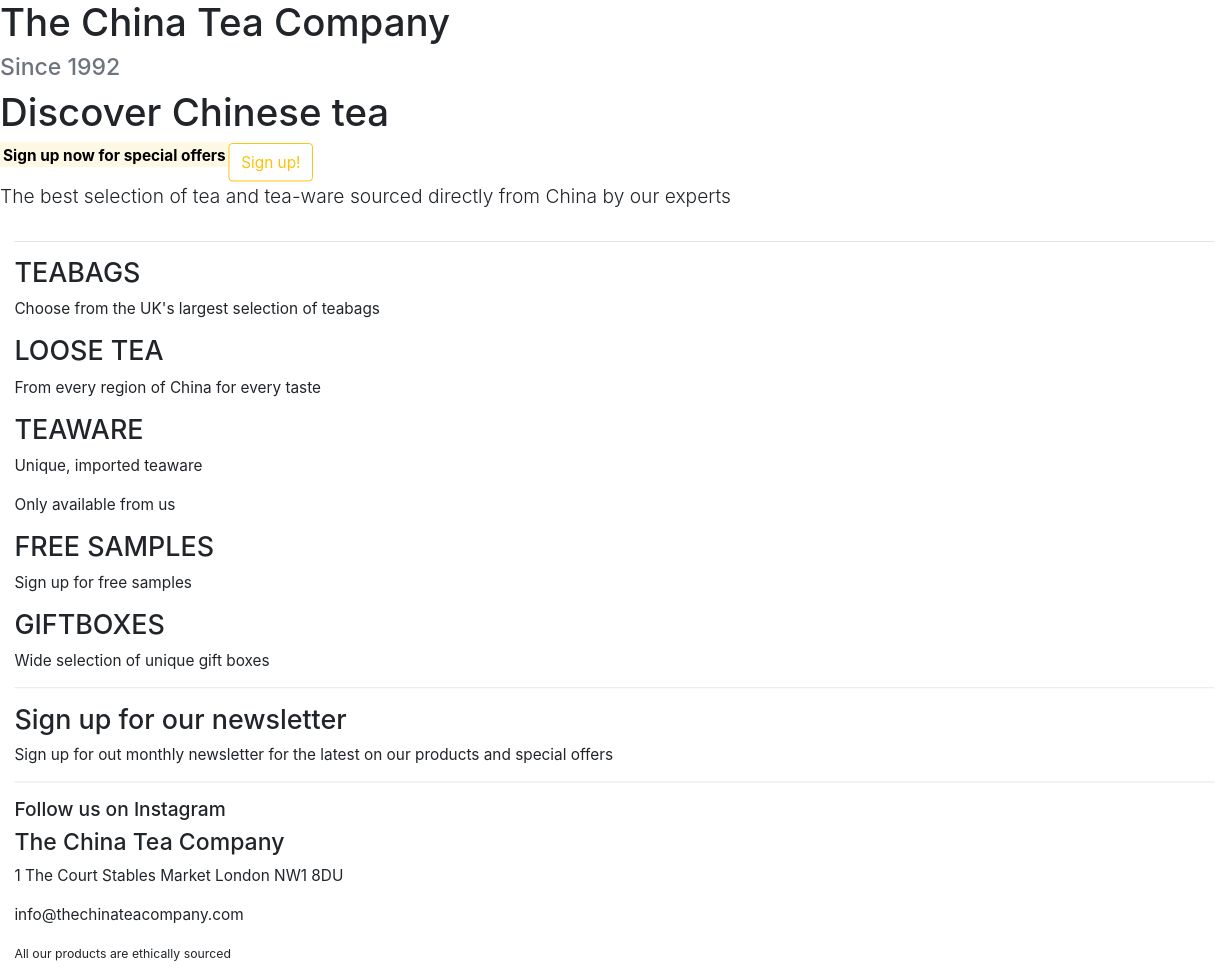
Repository: Code-Institute-Submissions/china-tea
Page: index.html
The author's editor kept a record of every edit. The page is drawn from the files as they stood at one moment, then again after the next edit.
The browser window is 1280 px wide. The pictures show the whole page, at 96% of full size.

Above is the page before.
Console error: TypeError: Cannot read properties of undefined (reading 'fn')

After the next edit:
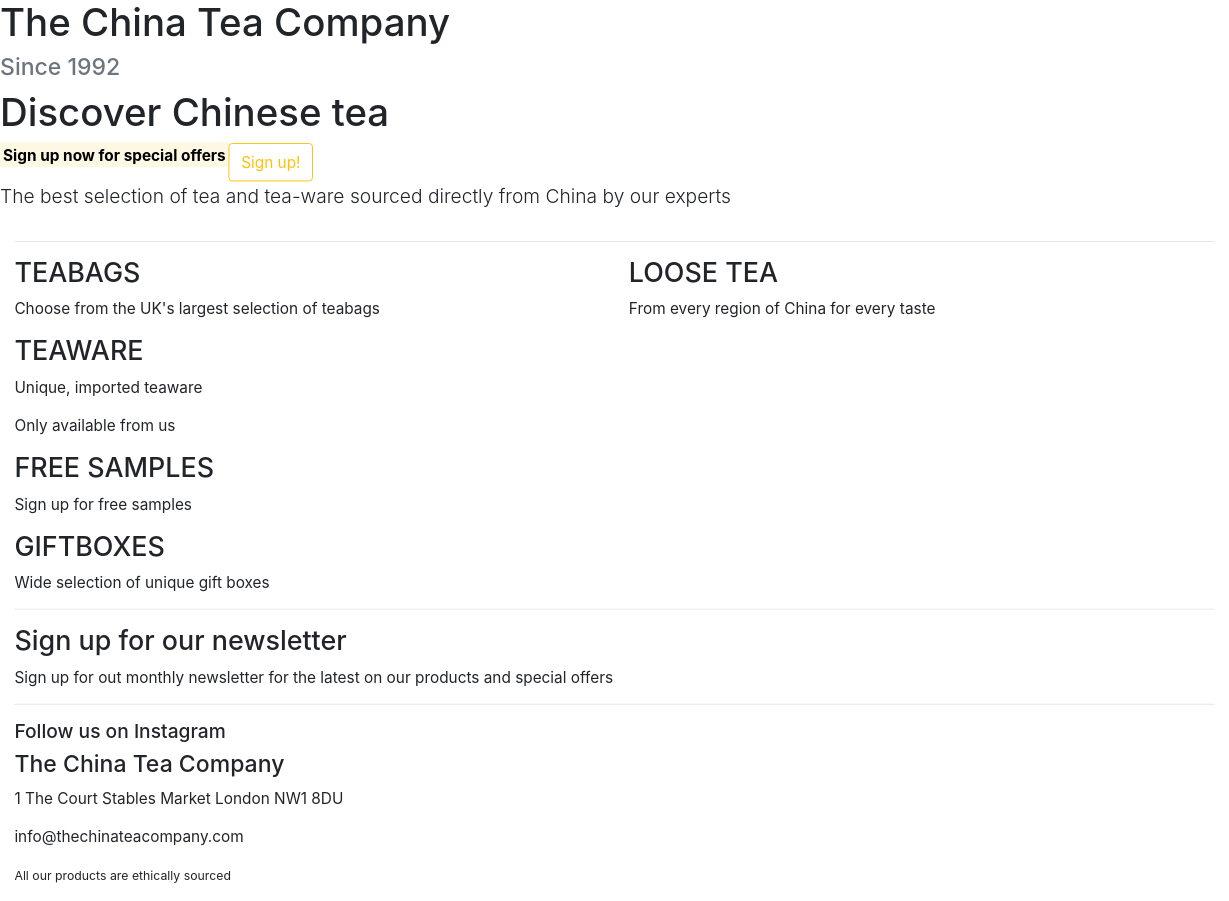
The edit:
--- a/index.html
+++ b/index.html
@@ -5,8 +5,8 @@
     <meta charset="UTF-8">
     <meta name="viewport" content="width=device-width, initial-scale=1.0">
     <meta http-equiv="X-UA-Compatible" content="ie=edge">
-<link rel="stylesheet" href="https://stackpath.bootstrapcdn.com/bootstrap/4.3.1/css/bootstrap.min.css" integrity="sha384-ggOyR0iXCbMQv3Xipma34MD+dH/1fQ784/j6cY/iJTQUOhcWr7x9JvoRxT2MZw1T" crossorigin="anonymous">
-<script src="https://stackpath.bootstrapcdn.com/bootstrap/4.3.1/js/bootstrap.min.js" integrity="sha384-JjSmVgyd0p3pXB1rRibZUAYoIIy6OrQ6VrjIEaFf/nJGzIxFDsf4x0xIM+B07jRM" crossorigin="anonymous"></script>
+    <link rel="stylesheet" href="https://stackpath.bootstrapcdn.com/bootstrap/4.3.1/css/bootstrap.min.css" integrity="sha384-ggOyR0iXCbMQv3Xipma34MD+dH/1fQ784/j6cY/iJTQUOhcWr7x9JvoRxT2MZw1T" crossorigin="anonymous">
+    <script src="https://stackpath.bootstrapcdn.com/bootstrap/4.3.1/js/bootstrap.min.js" integrity="sha384-JjSmVgyd0p3pXB1rRibZUAYoIIy6OrQ6VrjIEaFf/nJGzIxFDsf4x0xIM+B07jRM" crossorigin="anonymous"></script>
     <link rel="stylesheet" href="style.css" type="text/css" />
     <title>China Tea Company | Buy specially imported tea, tea-ware and gift boxes</title>
 </head>
@@ -46,15 +46,17 @@
         <section class="purchases">
             <div class="row">
                 <div class="col-12 col-md-6">
-                    <div class="teabags"><h3 class="text-uppercase">Teabags</h3>
+                    <div class="teabags">
+                        <h3 class="text-uppercase">Teabags</h3>
                         <p>Choose from the UK's largest selection of teabags</p>
                     </div>
-
-                    <div class="loosetea">
-                        <h3 class="text-uppercase">Loose Tea</h3>
-                        <p>From every region of China for every taste</p>
-                    </div>
                 </div>
+                <div class="col-12 col-md-6">
+                <div class="loosetea">
+                    <h3 class="text-uppercase">Loose Tea</h3>
+                    <p>From every region of China for every taste</p>
+                </div>
+            </div>
             </div>
             <div class="teaware">
                 <h3 class="text-uppercase">Teaware</h3>
